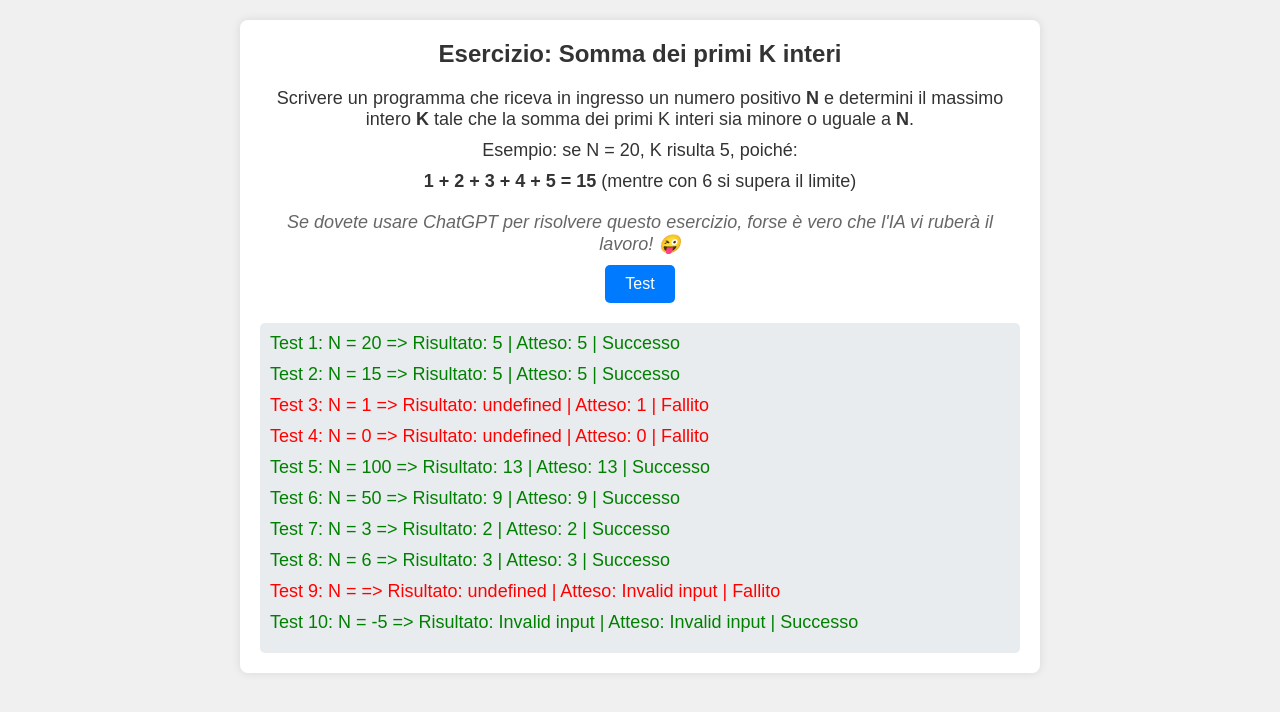
Repository: JoseManuel-Feliz/merenda1
Page: index.html
These files come from the project's save history. The page is drawn as it stood at one moment and after the next save; the edit follows.
The browser window is 1280 px wide. The pictures show the whole page.
After loading, the first visible `#run-tests` was clicked once.

Above is the page before, as saved 2024-10-01 16:53:52.

After the next save:
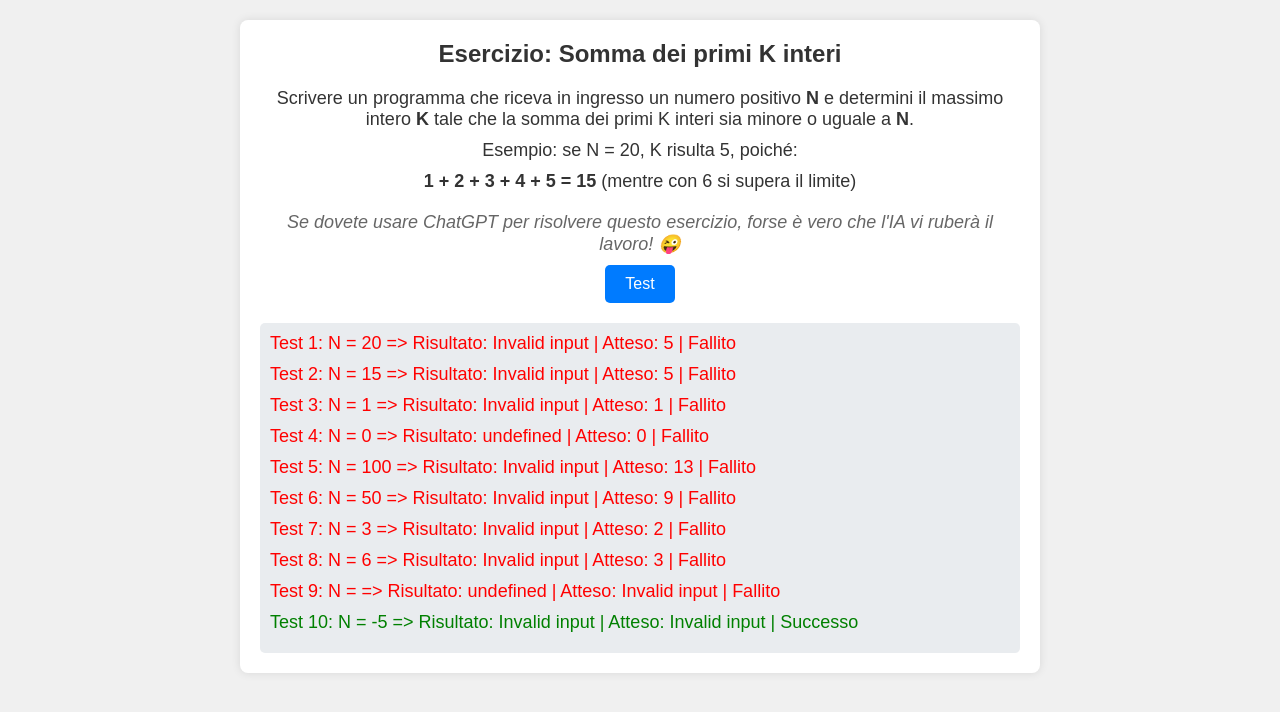
Saved 55 s later.
--- a/merenda.js
+++ b/merenda.js
@@ -2,7 +2,7 @@ function sommaInteri(N) {
     let somma = 0;
     let count = 0;
 
-    if (N < 0) {
+    if (N < 0 || N) {
         return 'Invalid input';
     }
     for (let i = 1; i <= N; i++) {
